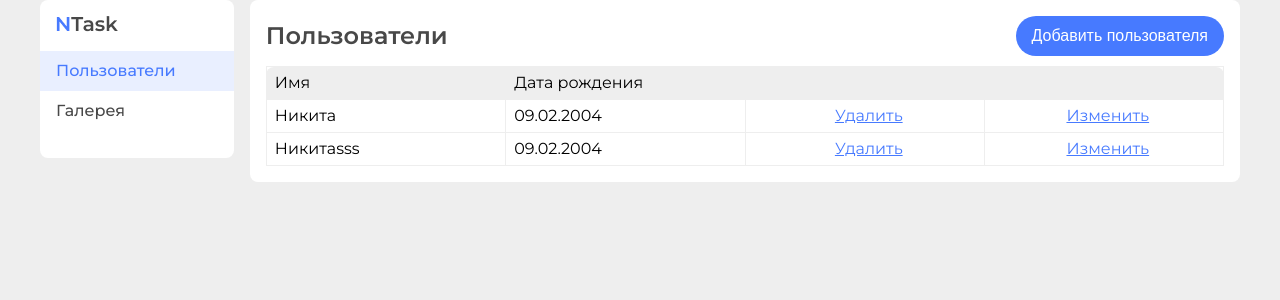
Repository: Grid-Master/NTask
Page: /
The author's editor kept a copy of each file at every save. The page is drawn from the files as they stood at one save, then again after the next save.
The browser window is 1280 px wide. The pictures show the whole page.
The project was rebuilt for these pictures with package versions that can differ from the ones it lists, and the page was loaded fresh each time. Also part of the build but not shown: src/components/gallery/gallery.sass, src/components/gallery/Gallery.tsx, src/components/updateUser/updateUser.sass, src/components/updateUser/UpdateUser.tsx.

Above is the page before, as saved 2023-06-05 23:01:25.

After the next save:
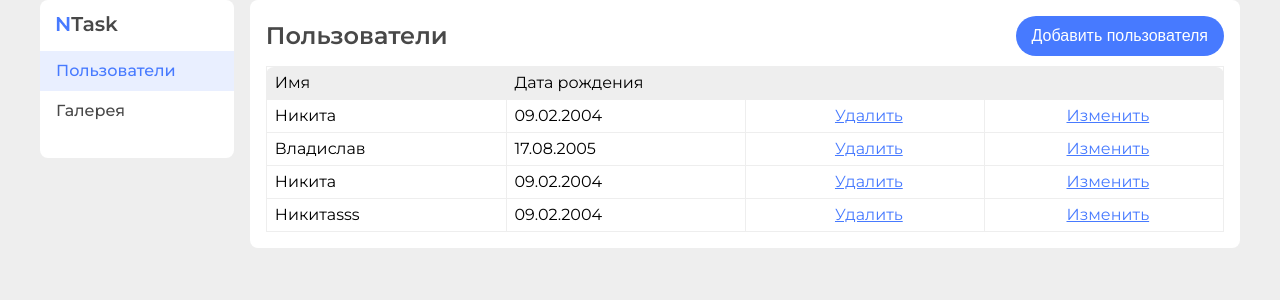
Saved 110 s later.
--- a/src/components/userList/UserList.tsx
+++ b/src/components/userList/UserList.tsx
@@ -26,6 +26,16 @@
           <td></td>
           <td></td>
         </tr>
+        {users.map((user) => (
+          <tr key={user.id}>
+            <td>{user.name}</td>
+            <td>{user.date}</td>
+            <td className="userList__table-btn">Удалить</td>
+            <td className="userList__table-btn" onClick={() => navigateHandler(`${user.name}`)}>
+              Изменить
+            </td>
+          </tr>
+        ))}
         <tr>
           <td>Никита</td>
           <td>09.02.2004</td>

After the save that followed:
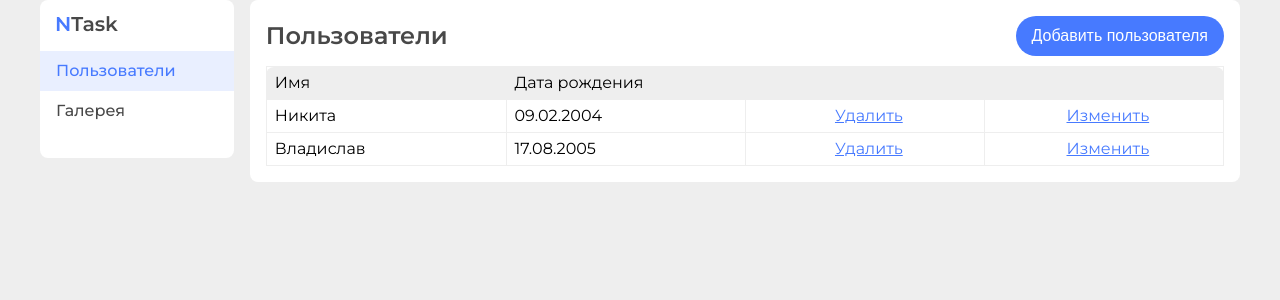
Saved 9 s later.
--- a/src/components/userList/UserList.tsx
+++ b/src/components/userList/UserList.tsx
@@ -36,20 +36,6 @@
             </td>
           </tr>
         ))}
-        <tr>
-          <td>Никита</td>
-          <td>09.02.2004</td>
-          <td className="userList__table-btn">Удалить</td>
-          <td className="userList__table-btn" onClick={() => navigateHandler('Никита')}>
-            Изменить
-          </td>
-        </tr>
-        <tr>
-          <td>Никитаsss</td>
-          <td>09.02.2004</td>
-          <td className="userList__table-btn">Удалить</td>
-          <td className="userList__table-btn">Изменить</td>
-        </tr>
       </table>
     </div>
   );
